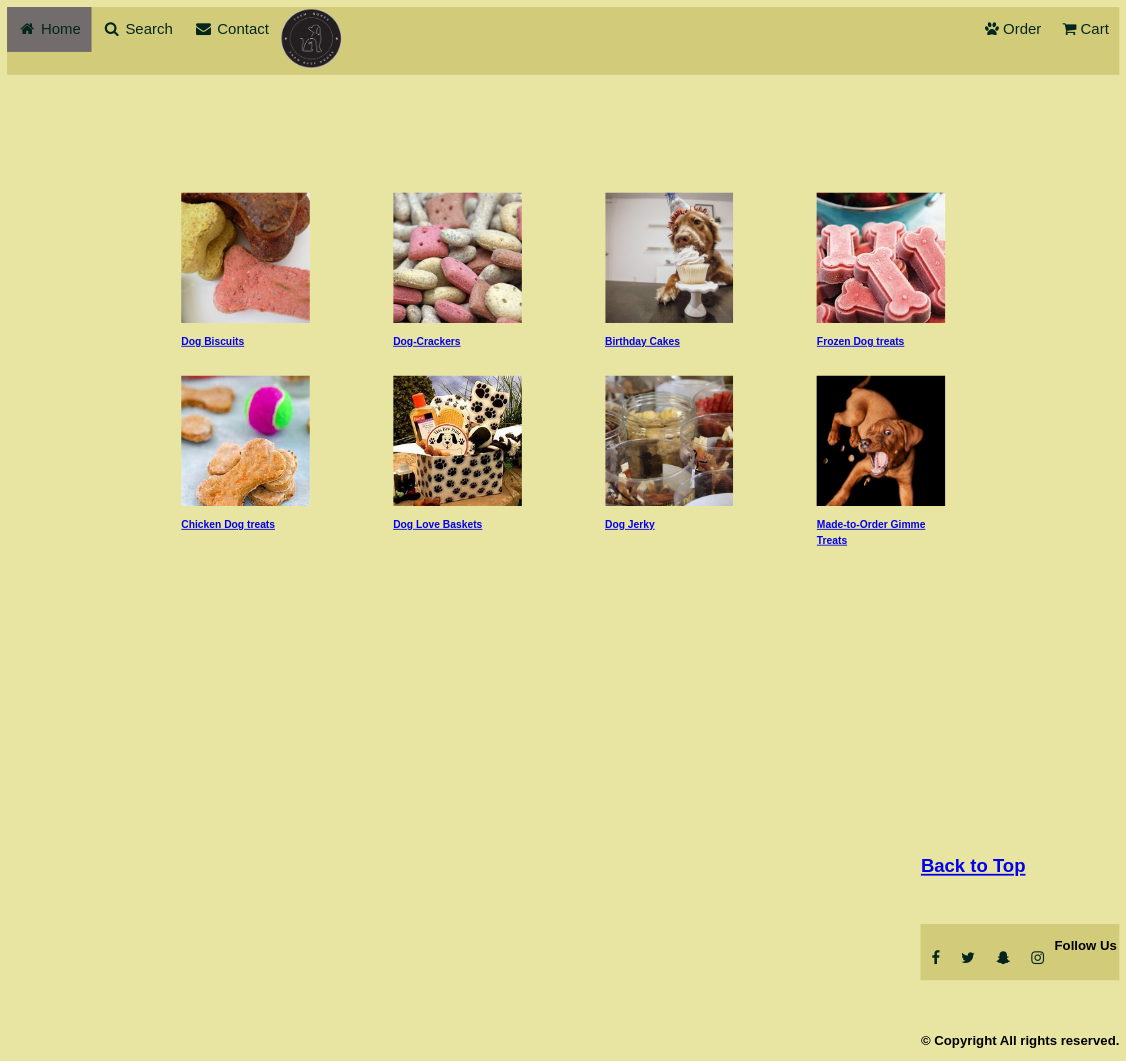
Repository: vgoins-RA2022/HTML-1
Page: index.html
The author's editor kept a copy of each file at every save. The page is drawn from the files as they stood at one save, then again after the next save.
The browser window is 1280 px wide. The pictures show the whole page, at 88% of full size.

Above is the page before, as saved 2023-01-21 18:57:41.

### index.html
<!DOCTYPE html>
<html lang="en">

<head>
  <meta charset="UTF-8">
  <meta name="viewport" content="width=device-width, initial-scale=1">
  <link rel="stylesheet" href="https://cdnjs.cloudflare.com/ajax/libs/font-awesome/4.7.0/css/font-awesome.min.css">
  <link rel="stylesheet" href="../HTML-1/src/css/Style.css" type="text/css">
  <title>Simple HTML Assignment 1</title>
</head>

<header>
    <!-- setup top navigator bar. position logo, home and contact navators on the left-->
    <div class="navbar" float: left>
      <img src="src/img/them-bones-logo.png" alt="them-bones-logo" class="logo" >
      <a class="active" href="#"><i class="fa fa-fw fa-home"></i> Home</a>
      <a href="#"><i class="fa fa-fw fa-search"></i> Search</a>
      <a href="#"><i class="fa fa-fw fa-envelope"></i> Contact</a>
      <!-- position order and cart navigators on the right -->
    <div class="right"><a href="#"><i class="fa fa-paw" aria-hidden="true"></i> Order</a>
    <div class="right"><a href="#"><i class="fa fa-shopping-cart" aria-hidden="true"></i> Cart</a>
    </div>
  </header>

<body>
  <div class="container">
     <!-- set of store gallery of self-contained items enclosed in the figure tags  -->
    <div class="gallery">

      <figure class="gallery__item gallery__item--1">
            <img src="src/img/animal-dog- biscuits.jpg" alt="animal-dog-biscuits" class="gallery__img" >
              <h3 class= image-text>
                <h3><a href="#">Dog Biscuits</a></h3>
              </h3>
        </figure>
        <figure class="gallery__item gallery__item--2">
            <img src="src/img/animal-dog- crackers.jpg" alt="animal-dog-crackers" class="gallery__img">
                <h3 class= image-text>
                  <h3><a href="#">Dog-Crackers</a></h3>
                </h3>

        </figure>
        <figure class="gallery__item gallery__item--3">
            <img src="src/img/dog-happy-birthday.jpg" alt="dog-happy-birthday" class="gallery__img">
              <h3 class= image-text></h3>
                <h3><a href="#">Birthday Cakes</a></h3>
               </h3>
        </figure>
        <figure class="gallery__item gallery__item--4">
            <img src="src/img/frozen-dog-treats.jpg" alt="frozen-dog-treats" class="gallery__img">
              <h3 class= image-text>
                 <h3><a href="#">Frozen Dog treats</a></h3>
              </h3>
        </figure>
        <figure class="gallery__item gallery__item--5">
            <img src="src/img/chicken-dog-treat.jpg" alt="chicken-dog-treats" class="gallery__img">
              <h3 class= image-text>
                <h3><a href="#">Chicken Dog treats</a></h3>
              </h3>
        </figure>
        <figure class="gallery__item gallery__item--6">
            <img src="src/img/doggy-love-basket.jpg" alt="doggy-love-basket" class="gallery__img">
            <h3 class= image-text>
            <h3><a href="#">Dog Love Baskets</a></h3>
            </h3>
        </figure>
        <figure class="gallery__item gallery__item--7">
            <img src="src/img/Dog-jerkey.png" alt="dog-jerky" class="gallery__img">
            <h3 class= image-text>
              <a href="#">Dog Jerky</a></h3>
            </h3>
        </figure>
        <figure class="gallery__item gallery__item--8">
          <img src="src/img/gimme-dog treats.jpg" alt="gimme-dog-treats" class="gallery__img">
          <h3 class= image-text>
            <a href="#">Made-to-Order Gimme Treats</a>
          </h3>
        </figure>

      </div>
  </div>

  <a href="#" class="button">
    <div class="right"><span class="label"><h3>Back to Top</h3></span>
  </a>
</body>

<footer>
  <!-- <div> id="footer"</div>  footer id attribute -->

  <!-- setup navigator bar in the footer of copywright and social media icons -->

    <div class="navbar" float: left>
    <!-- <div class="left"> -->
      <h2>Follow Us
      <a href="#"><i class="fa fa-facebook"></i> </a>
      <a href="#"><i class="fa fa-twitter"></i> </a>
      <a href="#"><i class="fa fa-snapchat-ghost"></i> </a>
      <a href="#"><i class="fa fa-instagram"></i> </a>
      </h2>
    </div>
    <div class="right"
      <div id="footer">
        <p class="copyright"> <h2>&copy; Copyright All rights reserved.</h2> </p>
      </div>

  </footer>
</html>

### src/css/Style.css

/* align navigation bar items */
.left-menu {
  grid-column: 1;
}
.right-menu {
  grid-column: -1;
}
/* format logo position, width and height */
.logo {
  grid-column: 3;
  grid-area: logo;
  place-self: center;
  width: 10vh;
  height: 10vh;
  justify-self: center;
  background-color:#d2cc7a;
}

/* style the navigation bar */
.navbar a {
float: left;
padding-top: 70px;
padding: 12px;
color: #02261d;
text-decoration: none;
font-size: 17px;
}
/* set the size of the images */
img {
  width: 400px;
  height: 80px;
}
/* change color of navigation item when cursor hovers */
.navbar a:hover {
background-color: #8e8c8c;
}
.active {
background-color: #736c6c;
}
.left {
  float: left;
}

.right {
  float: right;
 }

.navbar a {
    float: left;
    display: block;
}

.navbar {
    width: 100%;
    background-color: #d2cc7a;
    overflow: auto;
}

.logo img {
    display: inline-block;
    vertical-align: top;
    width: 50px;
    height: 50px;
    margin-right: 20px;
    margin-top: 15px;
}



html {
  box-sizing: border-box;
  font-size: 62.5%;
}

body {
  font-family: "Nunito", sans-serif;
  background-color: rgba(216, 212, 98, 0.585);
  font-weight: 300;
  line-height: 1.6;
}

.container {
  width: 75%;
  margin: 2rem auto;
}

.gallery {
  display: grid;
  grid-template-columns: repeat(8, 1fr);
  grid-template-rows: repeat(8, 5vw);
  grid-gap: 1.5rem;
  row-gap: 40px;
}

.gallery__img {
  width: 100%;
  height: 100%;
  object-fit: cover;
  display: block;
}

.image-txt {
  margin: 3%;
  position: absolute;
  top: 20px;
  left: 50px;
}
/* set length and position of store gallery items */
.gallery__item--1 {
  grid-column: 1 / span 2;
  grid-row: 2 / span 2;
}
.gallery__item--2 {
  grid-column: 3 / span 2;
  grid-row: 2 / span 2;
}
.gallery__item--3 {
  grid-column: 5 / span 2;
  grid-row: 2 / span 2;
}
.gallery__item--4 {
  grid-column: 7 / span 2;
  grid-row: 2 / span 2;
}
.gallery__item--5 {
  grid-column: 1 / span 2;
  grid-row: 4 / span 2;
}
.gallery__item--6 {
  grid-column: 3 / span 2;
  grid-row: 4 / span 2;
}
.gallery__item--7 {
  grid-column: 5 / span 2;
  grid-row: 4 / span 2;
}
.gallery__item--8 {
  grid-column: 7 / span 2;
  grid-row: 4 / span 2;
}
/* Style the button */
.button {
  outline: none;
  padding: 10px 16px;

  cursor: pointer;
  font-size: 18px;
}


.button:hover {
  background-color: #ddd;
}

.button.active {
  background-color: #666;
  color: white;
}

.footer {
  background: #061D25;
  padding: 10px 0;
}
.footer a {
  color: #70726F;
  font-size: 20px;
  padding: 10px;
  border-right: 1px solid #70726F;
  transition: all .5s ease;
}
.flex-container {
  display: flex;
  background: #d2cc7a;
}

.copyright{
  text-align: center;
  padding-top: 24px;
  font-weight: 500;
  opacity: 0.8;
  font-size: 16px;
}
@media (max-width: 767px) {

    .h6{
      margin: 0 auto;
      text-align: center;
      margin-top: 10px;
      margin-bottom: 10px;
    }
    .ul{
      text-align: center;
    }
    .social{
        width: 100%;
        margin: 0 auto;
        text-align: center;
        padding: 40px;
        padding-bottom: 0px;
        border-top: 1px solid #eee;
        margin-top: 50px;
    }

  }

After the next save:
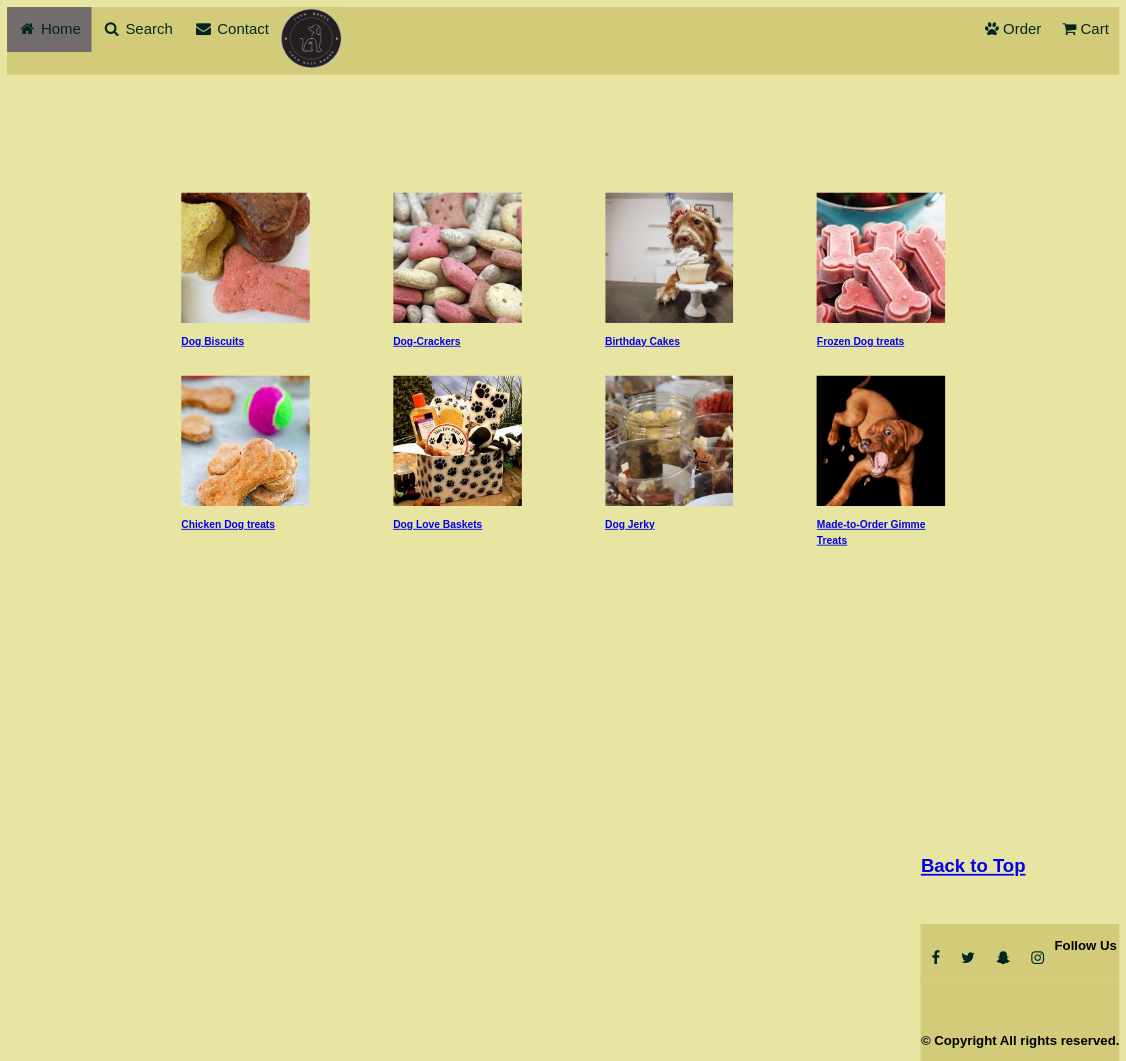
Saved 19 s later.
--- a/index.html
+++ b/index.html
@@ -99,7 +99,7 @@
       <a href="#"><i class="fa fa-instagram"></i> </a>
       </h2>
     </div>
-    <div class="right"
+    <div class="navbar"
       <div id="footer">
         <p class="copyright"> <h2>&copy; Copyright All rights reserved.</h2> </p>
       </div>

After the 4 saves that followed:
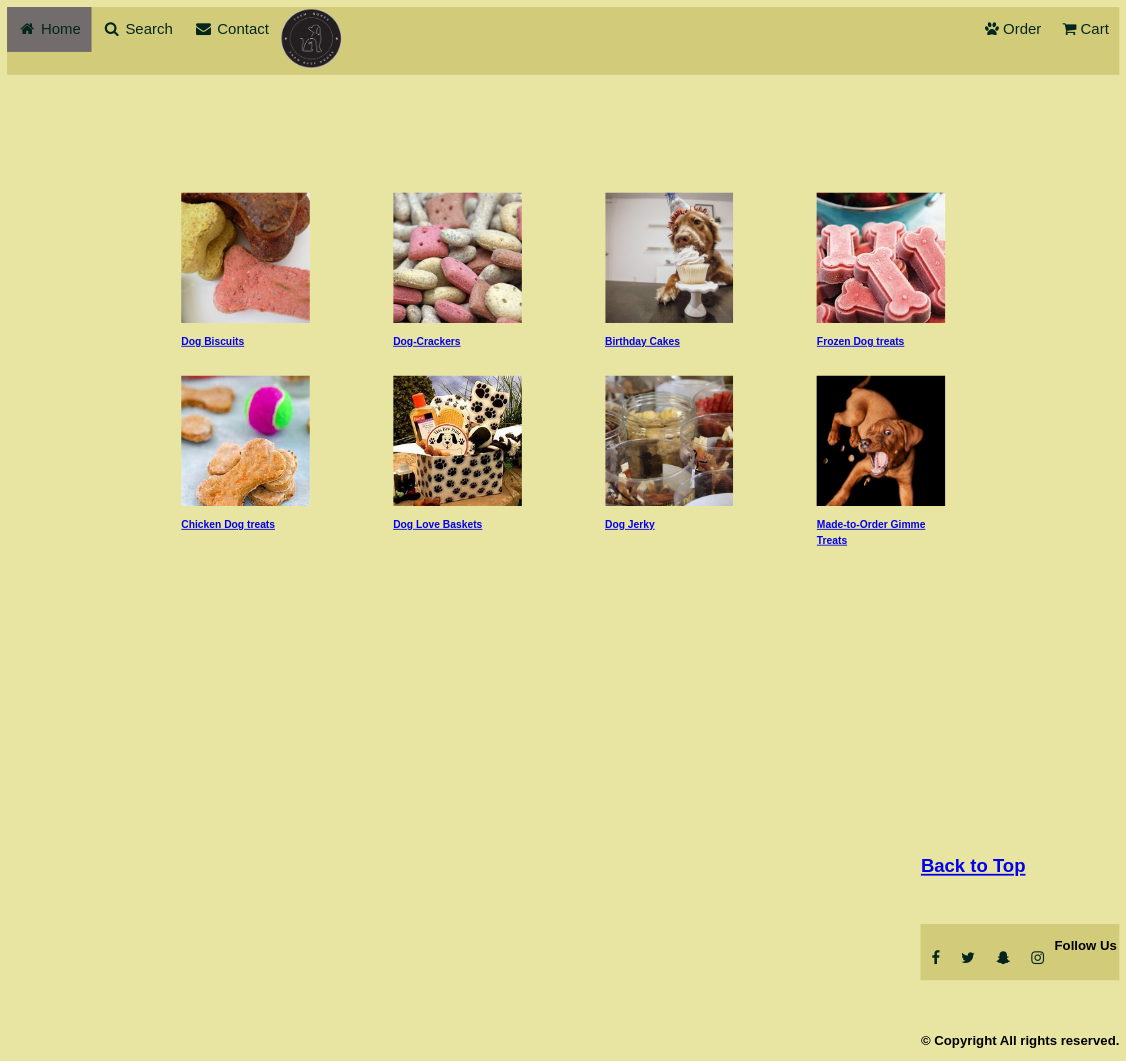
The 4 saves are shown as one change because 2 left the picture as it was and some came seconds apart.
The last was saved 18 s later.
--- a/index.html
+++ b/index.html
@@ -99,7 +99,7 @@
       <a href="#"><i class="fa fa-instagram"></i> </a>
       </h2>
     </div>
-    <div class="navbar"
+    <div class="navbar" float:right></div>
       <div id="footer">
         <p class="copyright"> <h2>&copy; Copyright All rights reserved.</h2> </p>
       </div>
